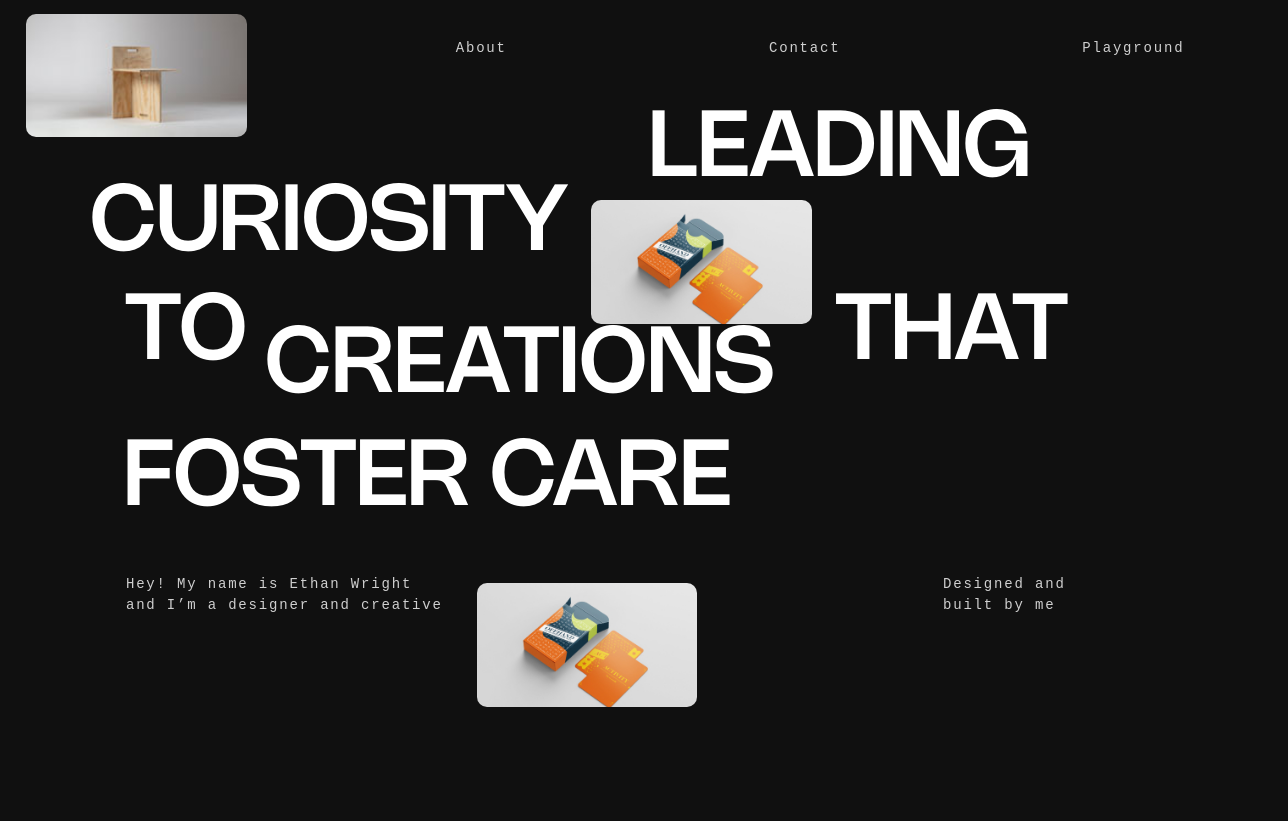
Repository: theethanwright/ethan_wright_portfolio
Page: home.html
An editor plug-in stored every save of this project. The page is shown before and after the next save, followed by the edit.
The browser window is 1280 px wide. The page is 1288 px wide, so the pictures cover 1288 px, including what lies to the right of the window. The pictures show the whole page.
Some web libraries are served in a nearby version.

Above is the page before, as saved 2023-12-24 23:10:17.

### home.html
<!DOCTYPE html>
<html lang="en">
<head>
    <meta charset="UTF-8">
    <meta name="viewport" content="width=device-width, initial-scale=1.0">
    <script defer src="node_modules/matter-js/build/matter.min.js"></script>
    <script defer src="app.js"></script>
    <link rel="stylesheet" href="style.css">
    <title>Home</title>
</head>
<body>
    <div class="container">
        <div class="logo">
            <svg xmlns="http://www.w3.org/2000/svg" width="16" height="17" viewBox="0 0 16 17" fill="none">
                <path d="M14.3673 0H3.61693C1.61938 0 0 1.6756 0 3.74249C0 5.80938 1.61938 7.48498 3.61693 7.48498H9.1428C12.5831 7.48498 15.372 4.59931 15.372 1.03958C15.372 0.46542 14.9221 0 14.3673 0Z" fill="white"/>
                <path d="M9.1428 8.72827H3.61693C1.61938 8.72827 0 10.4039 0 12.4708C0 14.5377 1.61938 16.2133 3.61693 16.2133H14.3673C14.9221 16.2133 15.372 15.7478 15.372 15.1737C15.372 11.6139 12.5831 8.72827 9.1428 8.72827Z" fill="white"/>
            </svg>
            <svg xmlns="http://www.w3.org/2000/svg" width="17" height="17" viewBox="0 0 17 17" fill="none">
                <path d="M1.63275 0C1.07786 0 0.628052 0.46542 0.628052 1.03958V12.8729C0.628052 14.9398 2.24743 16.6154 4.24498 16.6154C6.24253 16.6154 7.86191 14.9398 7.86191 12.8729V6.4454C7.86191 2.88567 5.07306 0 1.63275 0Z" fill="white"/>
                <path d="M15.2936 0C11.8532 0 9.06439 2.88567 9.06439 6.4454V12.8729C9.06439 14.9398 10.6838 16.6154 12.6813 16.6154C14.6789 16.6154 16.2983 14.9398 16.2983 12.8729V1.03958C16.2983 0.46542 15.8484 0 15.2936 0Z" fill="white"/>
            </svg>
        </div>
        <p>Work</p>
        <p>About</p>
        <p>Contact</p>
        <p>Playground</p>
    </div>
    <div class="text">CURIOSITY LEADING TO CREATIONS THAT FOSTER CARE </div>
    <img src="public/images/2.jpg" alt="" class="image" draggable="false">
    <img src="public/images/1.jpg" alt="" class="image" draggable="false">
    <img src="public/images/1.jpg" alt="" class="image" draggable="false">
    <div class="intro"><p>Hey! My name is Ethan Wright and I’m a designer and creative</p></div>
    <div class="fun-fact"><p>Designed and built by me</p></div>
</body>
</html>

### app.js
const canvasSize = {
    width: window.innerWidth,
    height: window.innerHeight
  };

  const lineHeight = (window.innerWidth * 8.5) / 100;
  const displayPaddingLeft = (window.innerWidth * 9.838) / 100;
  const displayPaddingTop = (window.innerHeight * 23.903) / 100;

  const spaceBetweenWords = 20;

  const splitWords = () => {
    const textNode = document.querySelector(".text");
    const text = textNode.textContent.trim(); // Remove leading/trailing whitespace
    const words = text.split(" ");
    const lines = [
      ["CURIOSITY", "LEADING"],
      ["TO", "CREATIONS", "THAT"],
      ["FOSTER", "CARE"]
    ];

    const lineDivs = lines.map((lineWords) => {
      const spanElements = lineWords.map((word) => {
        return `<span class="word">${word}</span>`;
      });
      return `<div class="line">${spanElements.join("")}</div>`;
    });

    textNode.innerHTML = lineDivs.join("");
  };

  splitWords();

const renderCanvas = () => {
  const Engine = Matter.Engine;
  const Render = Matter.Render;
  const World = Matter.World;
  const Body = Matter.Body;
  const Events = Matter.Events;
  const Bodies = Matter.Bodies;
  const Runner = Matter.Runner;
  const Composite = Matter.Composite;
  const params = {
    isStatic: true,
    render: {
      fillStyle: "transparent"
    }
  };

  const engine = Engine.create({});

  const render = Render.create({
    element: document.body,
    engine: engine,
    options: {
      ...canvasSize,
      background: "transparent",
      wireframes: false,
    }
  });

  // walls and other configurations remain the same...
  Composite.add(engine.world, [
      // walls
      Bodies.rectangle(
          canvasSize.width / 2,
          canvasSize.height,
          canvasSize.width,
          50,
          params,
     { isStatic: true }),
      Bodies.rectangle(
          0,
          canvasSize.height / 2,
          50,
          canvasSize.height,
          params,
           { isStatic: true }),
      Bodies.rectangle(
          canvasSize.width,
          canvasSize.height / 2,
          50,
          canvasSize.height,
          params,
           { isStatic: true }),
      Bodies.rectangle(
          canvasSize.width / 2,
          0,
          canvasSize.width,
          50,
          params,
           { isStatic: true })
  ]);

const imageBodies = [];
const imageElements = document.querySelectorAll(".image");

imageElements.forEach((imageElem) => {
    const randomLeft = Math.floor(Math.random() * window.innerWidth);
    const randomTop = Math.floor(Math.random() * window.innerHeight);
    const randomTime = Math.floor(Math.random() * 3000) + 1000;
    var startTime = 0,
     scaleRate = 0;
     const scalingDuration = 200;
    const iBody = Bodies.rectangle(
        randomLeft,
        randomTop,
        0.88,
        0.4,
      {
        render: { fillStyle: "transparent" }
      }
     );

     function distance(x1, y1, x2, y2){
      var x = Math.abs(x1-x2)
      var y = Math.abs(y1-y2)
      return Math.sqrt((x*x)+(y*y))
    }

     Events.on(engine, 'beforeUpdate', function (event) {
      const width = distance(iBody.vertices[0].x, iBody.vertices[0].y, iBody.vertices[1].x, iBody.vertices[1].y)
      var timeScale = (event.delta || (1000 / 60)) / 1000;

      if (scaleRate > 0) {
        Body.scale(iBody, 1 + (scaleRate * timeScale), 1 + (scaleRate * timeScale));
        //Body.setVelocity(iBody, [1,1,1])
      }

      if (engine.timing.timestamp - startTime >= randomTime &&
          width <= 200) {
        // start scaling
        scaleRate = 5;

        // update last time
        startTime = randomTime + scalingDuration;
      }

      if (width >= 200) {
        // stop scaling
        scaleRate = 0;

        // reset start time
        startTime = 0;
      }
    });


     imageBodies.push({ iBody, imageElem});

    });


    const wordBodies = [];
    const lineDivs = document.querySelectorAll(".line");

    let currentY = displayPaddingTop; // Starting Y-coordinate for the first line
    lineDivs.forEach((lineDiv) => {
      const wordElements = lineDiv.querySelectorAll(".word");
      let currentX = displayPaddingLeft; // Starting X-coordinate for each line

      wordElements.forEach((wordElem) => {
        const width = wordElem.offsetWidth;
        const height = wordElem.offsetHeight;

        const body = Bodies.rectangle(
          currentX + width / 2,
          currentY + height / 2,
          width,
          height,
          {
            render: { fillStyle: "transparent" }
          }
        );

        wordBodies.push({ body, elem: wordElem });

        currentX += width + spaceBetweenWords;
      });

      currentY += lineHeight; // Adjust this value for vertical spacing between lines
    });

    World.add(engine.world, [
      ...wordBodies.map((box) => box.body),
      ...imageBodies.map((box) =>box.iBody),
    ]);

  engine.gravity.y = 0;

  render.options.showCollisions

  const mouse = Matter.Mouse.create(document.body);
  const mouseConstraint = Matter.MouseConstraint.create(engine, {
    mouse,
    constraint: {
      stiffness: 0.2,
      render: {
        visible: false
      }
    }
  });
  mouse.element.removeEventListener("mousewheel", mouse.mousewheel);
  mouse.element.removeEventListener("DOMMouseScroll", mouse.mousewheel);

  World.add(engine.world, [
    ...wordBodies.map((box) => box.body),
    mouseConstraint
  ]);
  render.mouse = mouse;
  Runner.run(engine);
  Render.run(render);

  (function rerender() {
    wordBodies.forEach(({ body, elem }) => {
    const { x, y } = body.position;
    elem.style.top = `${y - elem.offsetHeight / 2}px`;
    elem.style.left = `${x - elem.offsetWidth / 2}px`;
    elem.style.transform = `rotate(${body.angle}rad)`;
});

  function distance(x1, y1, x2, y2){
    var x = Math.abs(x1-x2)
    var y = Math.abs(y1-y2)
    return Math.sqrt((x*x)+(y*y))
  }

imageBodies.forEach(({ iBody, imageElem }) => {
    const { x, y } = iBody.position
    const width = distance(iBody.vertices[0].x, iBody.vertices[0].y, iBody.vertices[1].x, iBody.vertices[1].y)
    imageElem.style.top = `${y - imageElem.offsetHeight / 2}px`;
    imageElem.style.left = `${x - imageElem.offsetWidth / 2}px`;
    imageElem.style.width = `${width}px`;
    imageElem.style.transform = `rotate(${iBody.angle}rad)`;
  });

Matter.Engine.update(engine);
requestAnimationFrame(rerender);
})();

};

window.addEventListener("resize", () => {
  // Update canvasSize when the window is resized
  canvasSize.width = window.innerWidth;
  canvasSize.height = window.innerHeight;

  // Rerender canvas with the updated size
  renderCanvas();
});

window.addEventListener("DOMContentLoaded", (event) => {
  splitWords();
  renderCanvas();
});

### style.css
@font-face {
    font-family: "Nohemi";
    src: url(public/fonts/Nohemi-Medium.woff2);
  }

@import url('https://fonts.googleapis.com/css2?family=IBM+Plex+Mono&display=swap');

p {
    color: rgba(255, 255, 255, 0.80);
    font-family: 'IBM Plex Mono', monospace;
    font-size: 14px;
    font-style: normal;
    font-weight: 400;
    line-height: 150%; /* 21px */
    letter-spacing: 1.82px;
}

  body {
    display: block;
    overflow: hidden;
    background: #101010;
  }

.container {
    padding: 16px 30px;
    display: grid;
    margin: 0;
    grid-template-columns: repeat(12, 6.771vw);
    gap: 1.389vw;
}

.word {
    position: absolute;
    transform-origin: 50% 50%;
    cursor: grab;
    user-select: none;
    font-family: "Nohemi";
    color: #fff;
    font-size: 7.176vw;
    margin-right: 10px;
    line-height: auto;
  }

.logo {
    grid-column-start: 1;
    display: flex;
    width: 34px;
    height: 16px;
    justify-content: center;
    align-items: center;
    gap: 3.256px;
    justify-self: start;
    align-self: center;
  }

  p:nth-child(2) {
    grid-column-start: 2;
    justify-self: start;
    align-self: center;
  }

  p:nth-child(3) {
    grid-column-start: 5;
    justify-self: start;
    align-self: center;
  }

  p:nth-child(4) {
    grid-column-start: 8;
    justify-self: start;
    align-self: center;
  }

  p:nth-child(5) {
    grid-column-start: 11;
    justify-self: start;
    align-self: center;
  }

  .intro {
    position: absolute;
    top: 77.798vh;
    left: 9.838vw;
    width: 320px;
  }

  .fun-fact {
    position: absolute;
    top: 77.798vh;
    left: 73.669vw;
    width: 143px;
    height: 42px;
  }

  .image {
    position: absolute;
    width: 200px;
    height: auto;
    flex-shrink: 0;

    border-radius: 10px;
  }

After the next save:
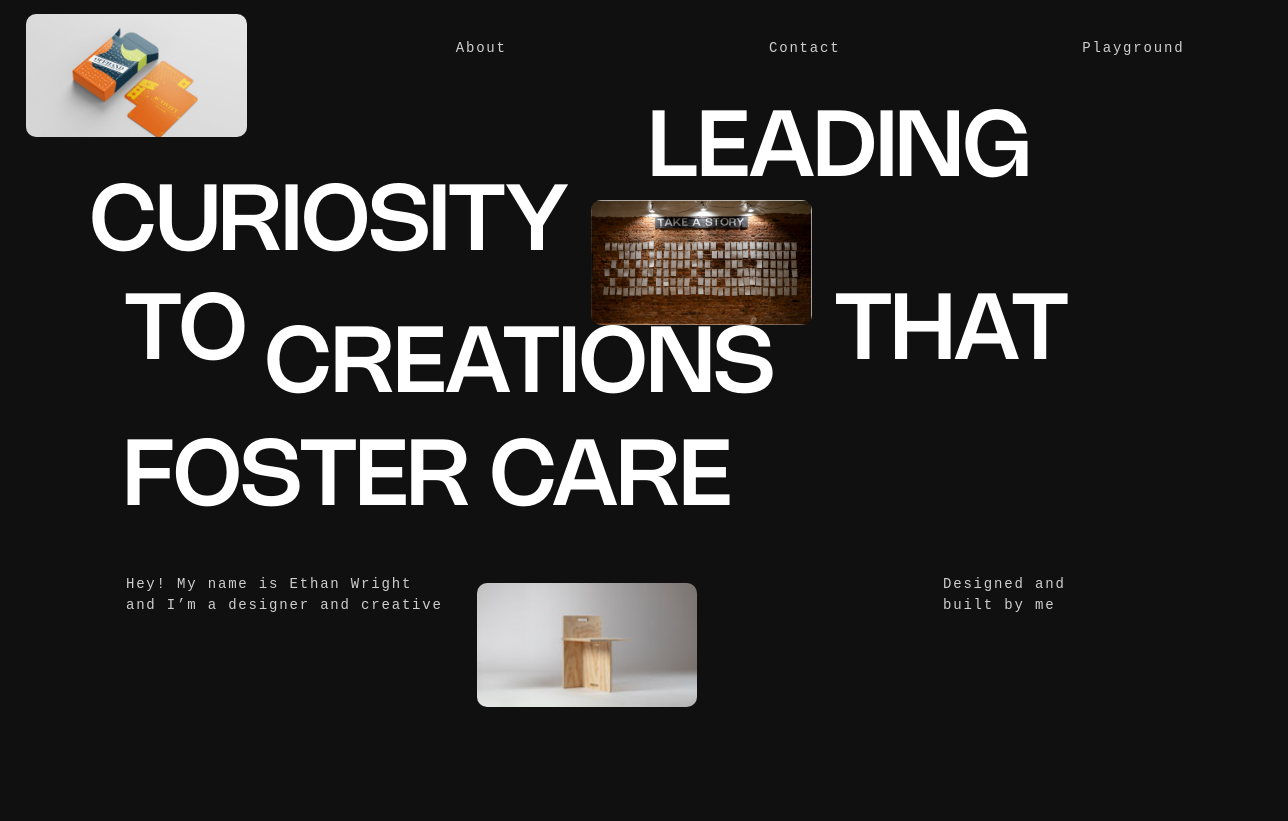
Saved 13 s later.
--- a/home.html
+++ b/home.html
@@ -26,9 +26,9 @@
         <p>Playground</p>
     </div>
     <div class="text">CURIOSITY LEADING TO CREATIONS THAT FOSTER CARE </div>
+    <img src="public/images/1.jpg" alt="" class="image" draggable="false">
     <img src="public/images/2.jpg" alt="" class="image" draggable="false">
-    <img src="public/images/1.jpg" alt="" class="image" draggable="false">
-    <img src="public/images/1.jpg" alt="" class="image" draggable="false">
+    <img src="public/images/3.jpg" alt="" class="image" draggable="false">
     <div class="intro"><p>Hey! My name is Ethan Wright and I’m a designer and creative</p></div>
     <div class="fun-fact"><p>Designed and built by me</p></div>
 </body>
